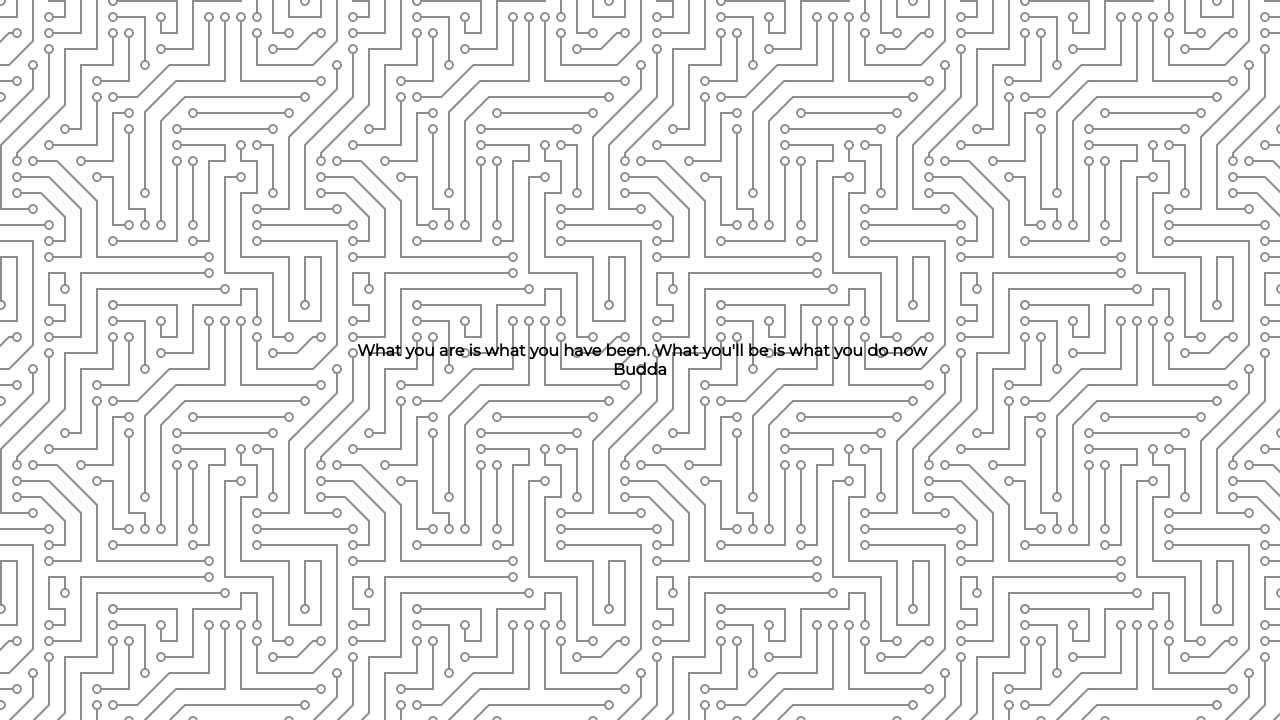
Repository: davidwood3/test-template
Page: .vscode/quote-generator/index.html
An editor plug-in stored every save of this project. The page is shown before and after the next save, followed by the edit.
The browser window is 1280 px wide. The pictures show the whole page.
Some icons come from a web library that is not loaded, so they are not drawn. Some web libraries are served in a nearby version.

Above is the page before, as saved 2023-07-25 18:52:01.
Console error: SyntaxError: Unexpected token '<'

After the next save:
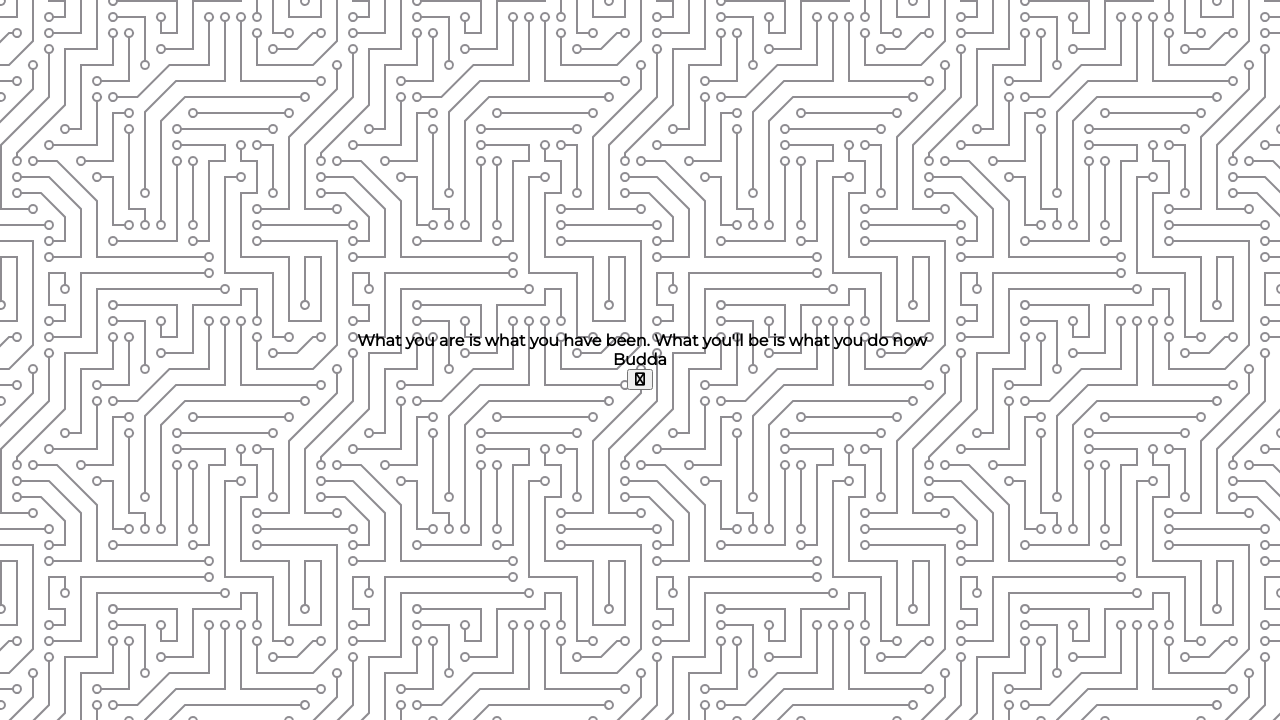
Saved 10 min 44 s later.
--- a/.vscode/quote-generator/index.html
+++ b/.vscode/quote-generator/index.html
@@ -16,12 +16,14 @@
     <i class="fas fa-quote-text"></i>
     <span id="quote">What you are is what you have been. What you'll be is what you do now</span
     </div>
-<!-- Author -->
+    <!-- Author -->
     <div class="quote-author">
         <span id="author">Budda</span>
     </div>
     <!-- Buttons -->
-
+        <button class="twitter-button" id="twitter" title="Tweet This!"">
+            <i class="fas fa-twitter"></i>
+        </button>
     <!-- Script  -->
    <script src="script.js"></script>
 </body>
